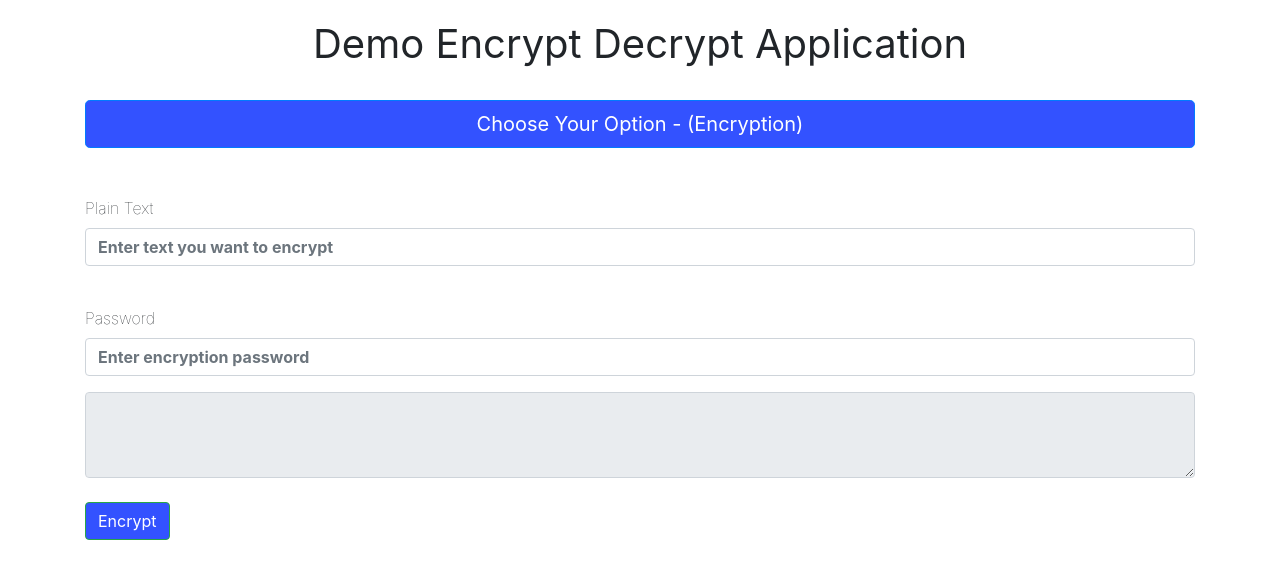
Repository: beardbytes/EncDecrypt
Page: / (app in EncryptDecrypt/)
These files come from the project's save history. The page is drawn as it stood at one moment and after the next save; the edit follows.
The browser window is 1280 px wide. The pictures show the whole page.
The project was rebuilt for these pictures with package versions that can differ from the ones it lists, and the page was loaded fresh each time. Also part of the build but not shown: EncryptDecrypt/angular.json.

Above is the page before, as saved 2020-08-15 16:13:11.

### EncryptDecrypt/src/index.html
<html>

<head>
  <meta charset="utf-8">
  <title>Demo Encrypt Decrypt App</title>
  <base href="/DemoApp">
  <meta name="viewport" content="width=device-width, initial-scale=1">
  <link rel="icon" type="image/x-icon" href="favicon.ico">
  <link rel="stylesheet" href="https://stackpath.bootstrapcdn.com/bootstrap/4.1.3/css/bootstrap.min.css" integrity="sha384-MCw98/SFnGE8fJT3GXwEOngsV7Zt27NXFoaoApmYm81iuXoPkFOJwJ8ERdknLPMO" crossorigin="anonymous">
</head>

  <body>
  <my-app>loading</my-app>
  <app-root></app-root>
  <script src="https://code.jquery.com/jquery-3.3.1.slim.min.js" integrity="sha384-q8i/X+965DzO0rT7abK41JStQIAqVgRVzpbzo5smXKp4YfRvH+8abtTE1Pi6jizo" crossorigin="anonymous"></script>
  <script src="https://cdnjs.cloudflare.com/ajax/libs/popper.js/1.14.3/umd/popper.min.js" integrity="sha384-ZMP7rVo3mIykV+2+9J3UJ46jBk0WLaUAdn689aCwoqbBJiSnjAK/l8WvCWPIPm49" crossorigin="anonymous"></script>
  <script src="https://stackpath.bootstrapcdn.com/bootstrap/4.1.3/js/bootstrap.min.js" integrity="sha384-ChfqqxuZUCnJSK3+MXmPNIyE6ZbWh2IMqE241rYiqJxyMiZ6OW/JmZQ5stwEULTy" crossorigin="anonymous"></script>
  </body>
</html>

### EncryptDecrypt/src/styles.css
/* Add application styles & imports to this file! */
body{
    padding: 20px;
  }
  /* You can add global styles to this file, and also import other style files */
.form-group>input{
  font-weight: bolder;
}
.form-group>label{
  font-weight: lighter;
}

button[type="button"]{
  background-color: #3352FF	;
  color: #fff;

}
.jumbotron{
  background-color: #fff;
  padding-top: 32px;
}

table tr:hover{
  cursor: pointer;
}

input.ng-touched.ng-invalid{
  border-color: #dc3545;
}
div.validation-error{
  width: 100%;
  margin-top: .25rem;
  font-size: 80%;
  color: #dc3545;
}
@import '~bootstrap/dist/css/bootstrap.min.css';

### EncryptDecrypt/src/polyfills.ts
/**
 * This file includes polyfills needed by Angular and is loaded before the app.
 * You can add your own extra polyfills to this file.
 *
 * This file is divided into 2 sections:
 *   1. Browser polyfills. These are applied before loading ZoneJS and are sorted by browsers.
 *   2. Application imports. Files imported after ZoneJS that should be loaded before your main
 *      file.
 *
 * The current setup is for so-called "evergreen" browsers; the last versions of browsers that
 * automatically update themselves. This includes Safari >= 10, Chrome >= 55 (including Opera),
 * Edge >= 13 on the desktop, and iOS 10 and Chrome on mobile.
 *
 * Learn more in https://angular.io/docs/ts/latest/guide/browser-support.html
 */

/***************************************************************************************************
 * BROWSER POLYFILLS
 */

/** IE9, IE10 and IE11 requires all of the following polyfills. **/
// import 'core-js/es6/symbol';
// import 'core-js/es6/object';
// import 'core-js/es6/function';
// import 'core-js/es6/parse-int';
// import 'core-js/es6/parse-float';
// import 'core-js/es6/number';
// import 'core-js/es6/math';
// import 'core-js/es6/string';
// import 'core-js/es6/date';
// import 'core-js/es6/array';
// import 'core-js/es6/regexp';
// import 'core-js/es6/map';
// import 'core-js/es6/set';

/** IE10 and IE11 requires the following for NgClass support on SVG elements */
// import 'classlist.js';  // Run `npm install --save classlist.js`.

/** IE10 and IE11 requires the following to support `@angular/animation`. */
// import 'web-animations-js';  // Run `npm install --save web-animations-js`.


/** Evergreen browsers require these. **/

/** ALL Firefox browsers require the following to support `@angular/animation`. **/
// import 'web-animations-js';  // Run `npm install --save web-animations-js`.



/***************************************************************************************************
 * Zone JS is required by Angular itself.
 */
import 'zone.js/dist/zone';  // Included with Angular CLI.


/***************************************************************************************************
 * APPLICATION IMPORTS
 */

/**
 * Date, currency, decimal and percent pipes.
 * Needed for: All but Chrome, Firefox, Edge, IE11 and Safari 10
 */
// import 'intl';  // Run `npm install --save intl`.

### EncryptDecrypt/src/app/app.component.ts
import { Component } from '@angular/core';
import * as CryptoJS from 'crypto-js';

@Component({
  selector: 'my-app',
  templateUrl: './app.component.html',
  styleUrls: ['./app.component.css']
})
export class AppComponent {
  title = 'Demo App';
  encryptMode: boolean;
  textToConvert: string;
  password: string;
  conversionOutput: string;

  constructor() {
    this.encryptMode = true;
  }

  changeMode() {
    this.encryptMode = this.encryptMode ? false : true;
    this.textToConvert = "";
  }

  convertText() {
    if (this.textToConvert.trim() === "" || this.password.trim() === "") {
      this.conversionOutput = "Please fill the textboxes."
      return;
    }
    else {
      if (this.encryptMode) {
        this.conversionOutput = CryptoJS.AES.encrypt(this.textToConvert.trim(), this.password.trim()).toString();
      }
      else {
        this.conversionOutput = CryptoJS.AES.decrypt(this.textToConvert.trim(), this.password.trim()).toString(CryptoJS.enc.Utf8);
      }
    }
  }
}

### EncryptDecrypt/src/app/app.component.html
<h1 class="text-center">Demo Encrypt Decrypt Application</h1>

<br>
<div class="container">
<button
        type="button"
        class="btn btn-primary btn-lg btn-block"
        (click)="changeMode()">

        Choose Your Option - ({{ encryptMode ? "Encryption" : "Decryption" }})

</button>

<br>
<br>

<div class="form-group">
  <label for="txtTextToConvert">{{ encryptMode ? "Plain" : "Encrypted" }} Text</label>
  <input
          type="text"
          class="form-control"
          id="txtTextToConvert"
          placeholder="Enter text you want to {{ encryptMode ? 'encrypt' : 'decrypt' }}"
          [(ngModel)]="textToConvert"
  >
</div>
<br>

<div class="form-group">
  <label for="txtPassword">Password</label>
  <input
          type="password"
          class="form-control"
          id="txtPassword"
          placeholder="Enter {{ encryptMode ? 'encryption' : 'decryption' }} password"
          [(ngModel)]="password"
  >
</div>

<textarea class="form-control" readonly rows="3">{{conversionOutput}}</textarea>

<br>

<button type="button" class="btn btn-success" (click)="convertText()">{{ encryptMode ? "Encrypt" : "Decrypt" }}</button>
</div>

### EncryptDecrypt/src/app/app.component.css
p {
    font-family: Lato;
    font-weight: normal;
  }
h1 {
    font-weight: normal; }

Loaded but not shown: EncryptDecrypt/src/main.ts (common file); EncryptDecrypt/src/app/app.module.ts (common file)

After the next save:
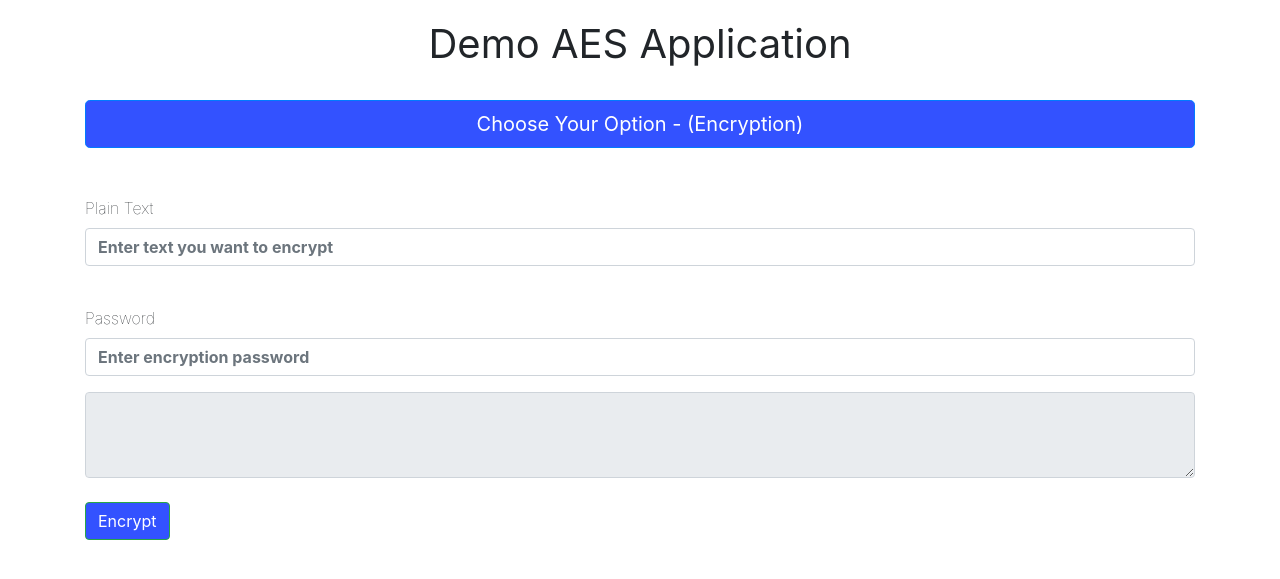
Saved 81 s later.
--- a/EncryptDecrypt/src/app/app.component.html
+++ b/EncryptDecrypt/src/app/app.component.html
@@ -1,4 +1,4 @@
-<h1 class="text-center">Demo Encrypt Decrypt Application</h1>
+<h1 class="text-center">Demo AES Application</h1>
 
 <br>
 <div class="container">
